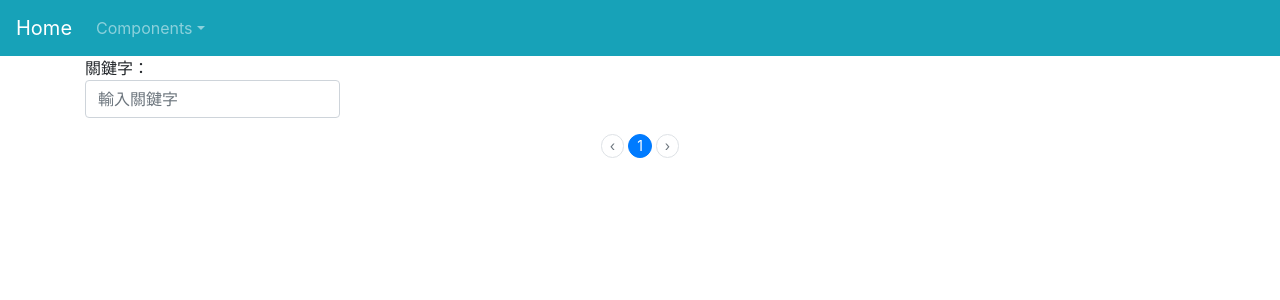
Repository: iian0910/bootstrapVue-demo
Page: /#/tablePagination
An editor plug-in stored every save of this project. The page is shown before and after the next save, followed by the edit.
The browser window is 1280 px wide. The pictures show the whole page.
The page's requests for data from a server got no answer. The project was rebuilt for these pictures with package versions that can differ from the ones it lists, and the page was loaded fresh each time. No one was signed in, and anything a server would have sent is missing.

Above is the page before, as saved 2021-04-26 14:50:35.

After the next save:
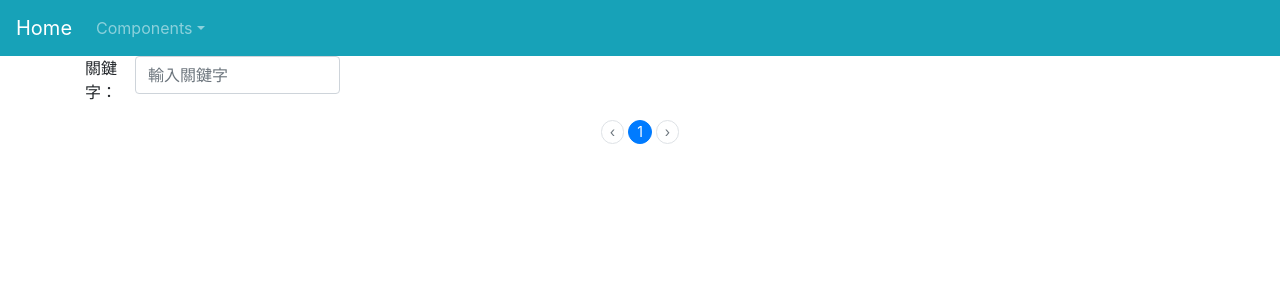
Saved 21 s later.
--- a/src/components/TablePagination.vue
+++ b/src/components/TablePagination.vue
@@ -2,7 +2,7 @@
   <div>
     <div class="container">
       <div class="row">
-        <div class="col-3 justify-content-end">
+        <div class="col-3 d-flex justify-content-end">
           關鍵字：<b-form-input
             v-model="filterText"
             type="text"

After the save that followed:
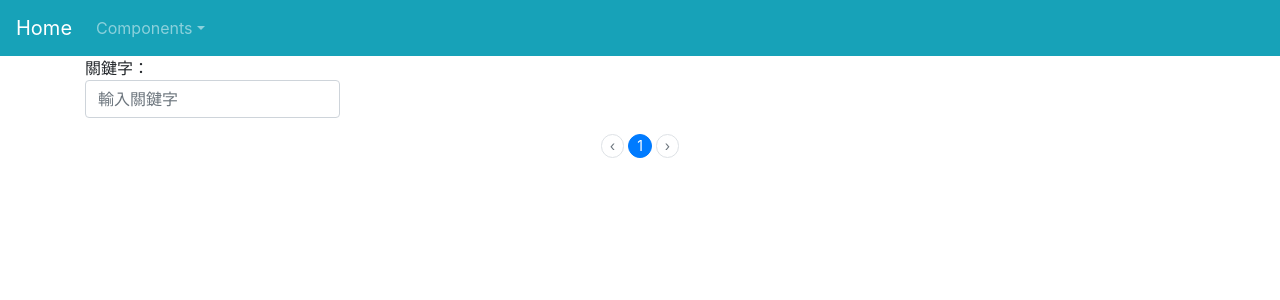
Saved 13 s later.
--- a/src/components/TablePagination.vue
+++ b/src/components/TablePagination.vue
@@ -2,7 +2,7 @@
   <div>
     <div class="container">
       <div class="row">
-        <div class="col-3 d-flex justify-content-end">
+        <div class="col-3 justify-content-end">
           關鍵字：<b-form-input
             v-model="filterText"
             type="text"
